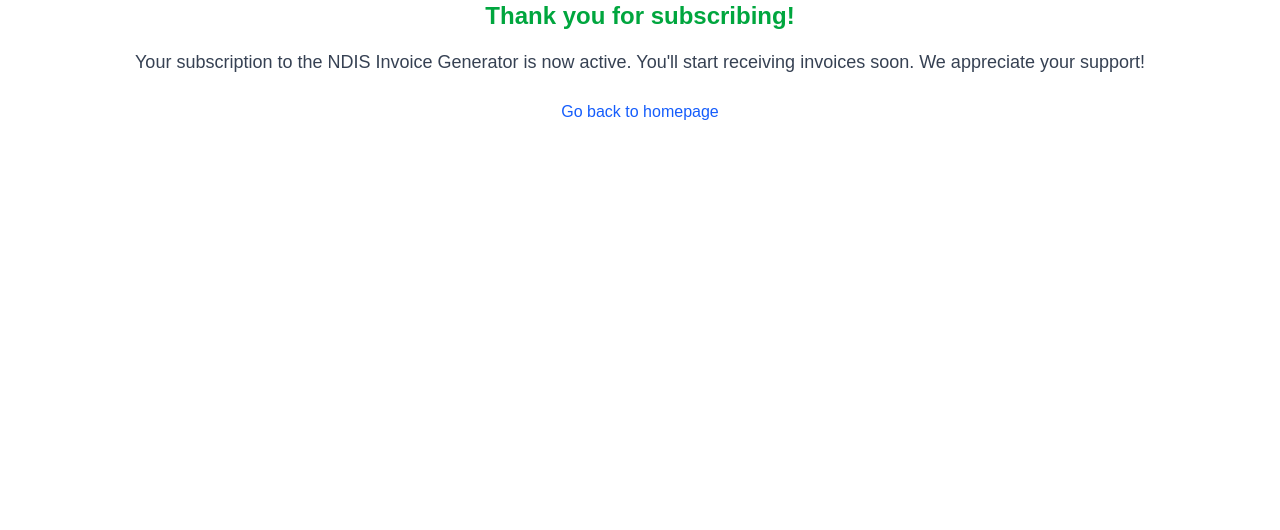
Repository: shreeyanshujha/ndis-invoice-generator
Page: /success
An editor plug-in stored every save of this project. The page is shown before and after the next save, followed by the edit.
The browser window is 1280 px wide. The pictures show the whole page.
The project was rebuilt for these pictures with package versions that can differ from the ones it lists, and the page was loaded fresh each time. The framework's server and built-in components were replaced by stand-ins that run in the browser. Also part of the build but not shown: next.config.mjs.

Above is the page before, as saved 2025-04-02 23:57:58.

### pages/success.js
import dynamic from 'next/dynamic';

// Dynamically import the Success component, disabling SSR
const SuccessComponent = dynamic(() => import('../components/SuccessComponent'), { ssr: false });

export default function SuccessPage() {
  return <SuccessComponent />;
}

### components/SuccessComponent.js
import React from 'react';

const SuccessComponent = () => {
  return (
    <div className="success-container">
      <h2 className="text-2xl font-bold text-center text-green-600 mb-4">Thank you for subscribing!</h2>
      <p className="text-center text-lg text-gray-700">
        Your subscription to the NDIS Invoice Generator is now active.
        You'll start receiving invoices soon. We appreciate your support!
      </p>
      <div className="mt-6 text-center">
        <a href="/" className="text-blue-600 hover:text-blue-800">Go back to homepage</a>
      </div>
    </div>
  );
};

export default SuccessComponent;

Loaded but not shown: pages/_app.js (common file); pages/_document.js (common file); styles/globals.css (common file)

After the next save:
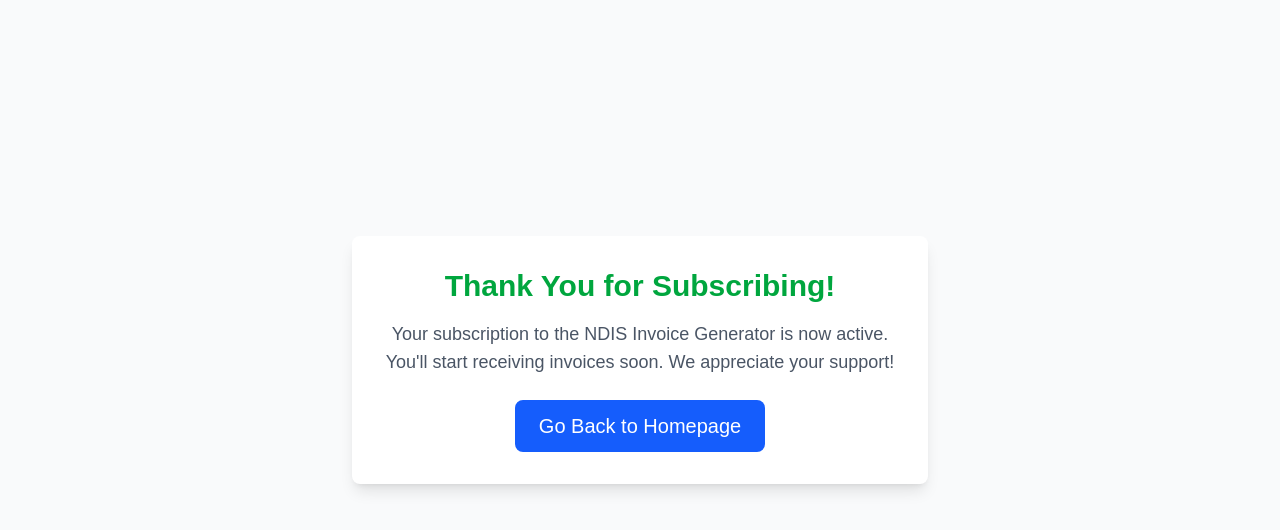
Saved 73 s later.
--- a/components/SuccessComponent.js
+++ b/components/SuccessComponent.js
@@ -2,14 +2,22 @@
 
 const SuccessComponent = () => {
   return (
-    <div className="success-container">
-      <h2 className="text-2xl font-bold text-center text-green-600 mb-4">Thank you for subscribing!</h2>
-      <p className="text-center text-lg text-gray-700">
-        Your subscription to the NDIS Invoice Generator is now active.
-        You'll start receiving invoices soon. We appreciate your support!
-      </p>
-      <div className="mt-6 text-center">
-        <a href="/" className="text-blue-600 hover:text-blue-800">Go back to homepage</a>
+    <div className="min-h-screen flex justify-center items-center bg-gray-50">
+      <div className="bg-white shadow-lg rounded-lg p-8 max-w-xl w-full">
+        <h2 className="text-3xl font-bold text-center text-green-600 mb-4">Thank You for Subscribing!</h2>
+        <p className="text-center text-lg text-gray-600 mb-6">
+          Your subscription to the NDIS Invoice Generator is now active.
+          <br />
+          You'll start receiving invoices soon. We appreciate your support!
+        </p>
+        <div className="text-center">
+          <a
+            href="/"
+            className="inline-block px-6 py-3 bg-blue-600 text-white rounded-lg text-xl hover:bg-blue-700 transition duration-300"
+          >
+            Go Back to Homepage
+          </a>
+        </div>
       </div>
     </div>
   );
